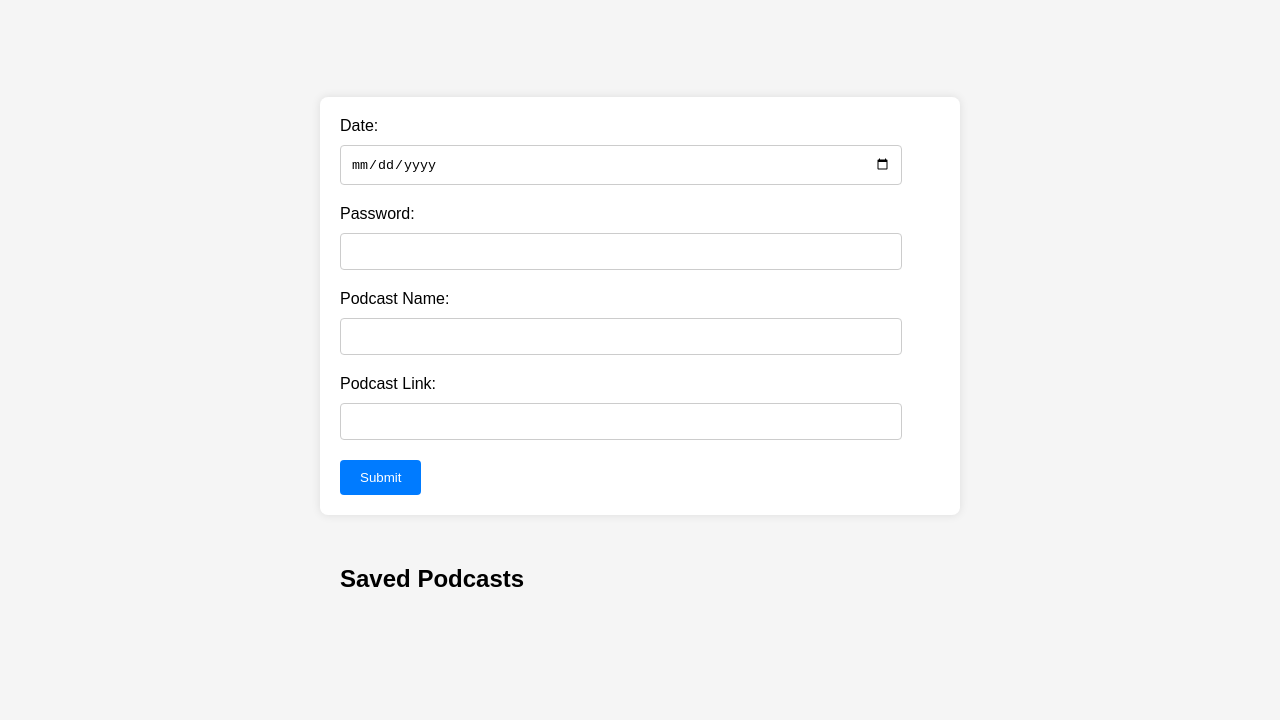
Repository: fechinmitchell/thedailyonepercent
Page: form.html
These files come from the project's save history. The page is drawn as it stood at one moment and after the next save; the edit follows.
The browser window is 1280 px wide. The pictures show the whole page.

Above is the page before, as saved 2023-06-22 20:02:08.

After the next save:
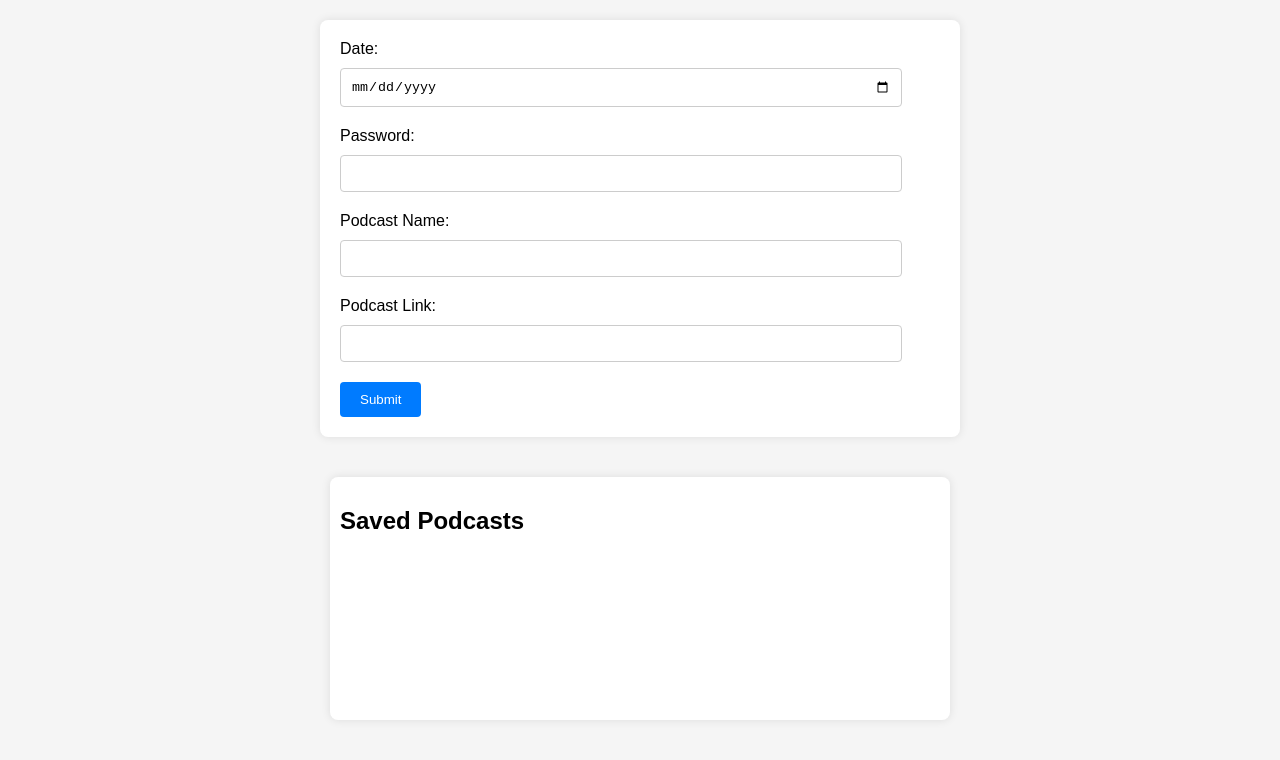
Saved 4 min 57 s later.
--- a/popup.css
+++ b/popup.css
@@ -2,21 +2,23 @@ body {
   background-color: #f5f5f5;
   font-family: Arial, sans-serif;
   display: flex;
-  justify-content: center;
+  justify-content: flex-start; /* align items at the start */
   align-items: center;
   height: 100vh;
   margin: 0;
   flex-direction: column; /* arrange items vertically */
-  gap: 20px; /* add some space between items */
+  padding: 20px; /* add some padding around the whole body */
+  overflow: auto; /* allow scrolling on the whole body if needed */
 }
 
-#podcast-form-wrapper {
+#podcast-form-wrapper, #podcast-list {
   background-color: white;
   padding: 20px;
   border-radius: 8px;
   box-shadow: 0px 0px 10px rgba(0,0,0,0.1);
   width: 80%;
   max-width: 600px;
+  margin-bottom: 20px; /* add some space between the form and the list */
 }
 
 #podcast-form label {
@@ -52,9 +54,8 @@ body {
 #podcast-list {
   margin-top: 20px;
   padding: 10px;
-  width: 80%; /* adjust this to change the width of the podcast list */
-  max-width: 600px;
-  margin: 0 auto; /* center the list */
+  height: 50vh; /* Adjust this to change the height of the podcast list */
+  overflow-y: auto; /* Enable vertical scrolling for the podcast list */
 }
 
 #podcast-list-items li {
